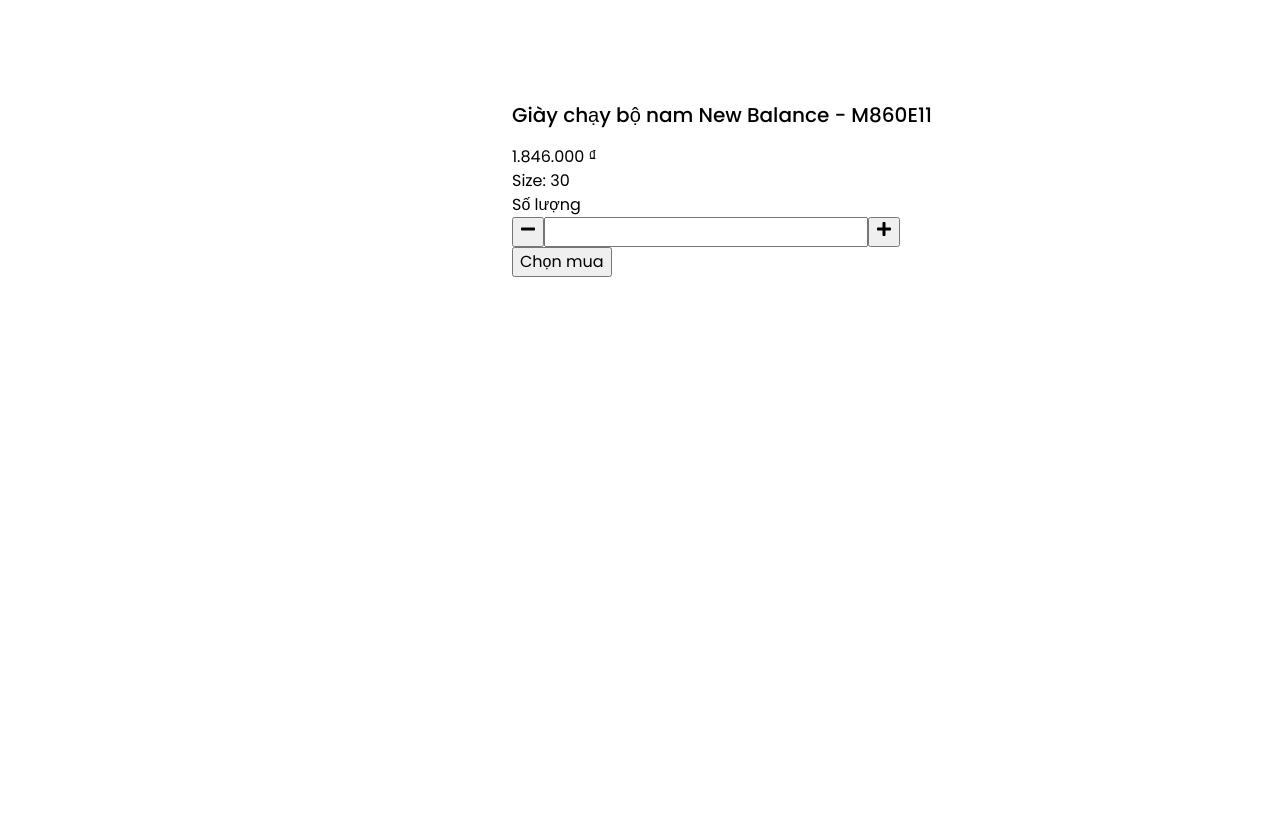
Repository: hoang0508/ReactJsHoiDanIT
Page: /form
An editor plug-in stored every save of this project. The page is shown before and after the next save, followed by the edit.
The browser window is 1280 px wide. The pictures show the whole page.
The project was rebuilt for these pictures with package versions that can differ from the ones it lists, and the page was loaded fresh each time.

Above is the page before, as saved 2022-02-24 14:20:45.

After the next save:
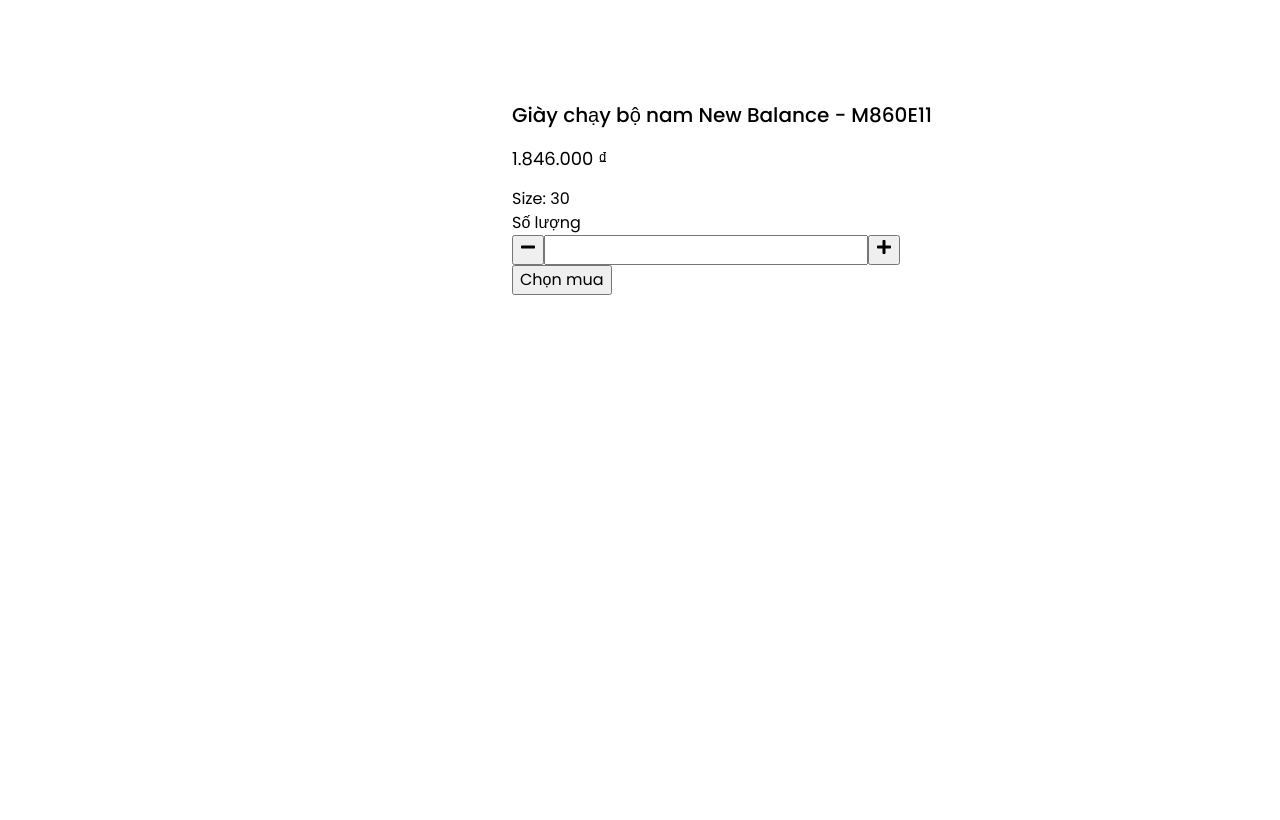
Saved 30 s later.
--- a/src/components/Products/Product.scss
+++ b/src/components/Products/Product.scss
@@ -14,4 +14,9 @@
     margin-bottom: 15px;
     font-weight: 500;
   }
+  &-price {
+    margin-bottom: 15px;
+    font-size: 18px;
+    font-weight: 400;
+  }
 }
